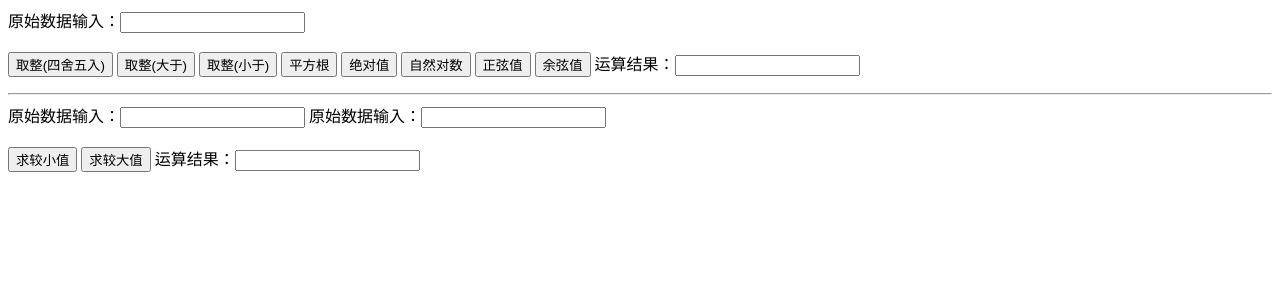
Repository: 1325718308/-
Page: js-demo/demo4.html
The author's editor kept a copy of each file at every save. The page is drawn from the files as they stood at one save, then again after a run of saves.
The browser window is 1280 px wide. The pictures show the whole page.

Above is the page before, as saved 2019-05-05 16:14:09.

After the next 2 saves:
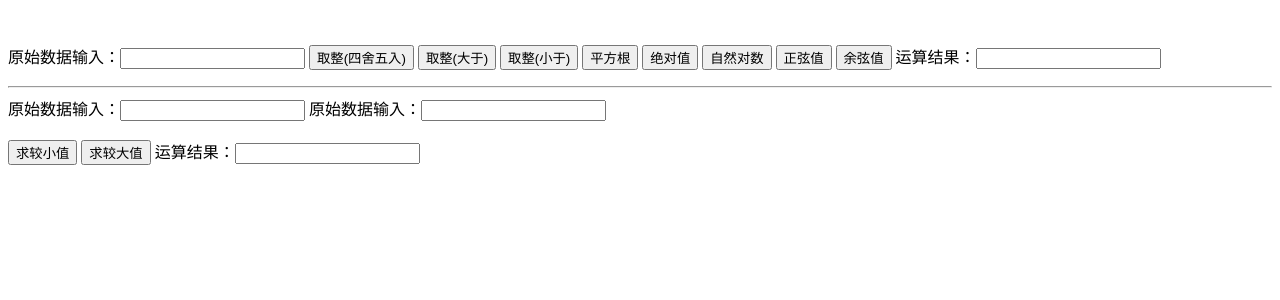
The 2 saves are shown as one change because they came seconds apart.
The last was saved 96 s later.
--- a/js-demo/demo4.html
+++ b/js-demo/demo4.html
@@ -54,16 +54,16 @@
 
         }
     </script>
-    原始数据输入：<input type="text" id="dh1" name="shuru" value="" />
+
     <br>
     <br />
     <form name="f1" action="" method="post">
+        原始数据输入：<input type="text" id="dh1" name="shuru" value="" />
         <input id="1" type="button" name="QuZheng" value="取整(四舍五入)" onclick="javascript:start(1)" />
         <input id="2" type="button" value="取整(大于)" onclick="javascript:start(2)" />
         <input id="3" type="button" value="取整(小于)" onclick="javascript:start(3)" />
         <input id="4" type="button" value="平方根" onclick="javascript:start(4)" />
         <input id="5" type="button" value="绝对值" onclick="javascript:start(5)" />
-
         <input id="6" type="button" value="自然对数" onclick="javascript:start(6)" />
         <input id="7" type="button" value="正弦值" onclick="javascript:start(7)" />
         <input id="8" type="button" value="余弦值" onclick="javascript:start(8)" />
